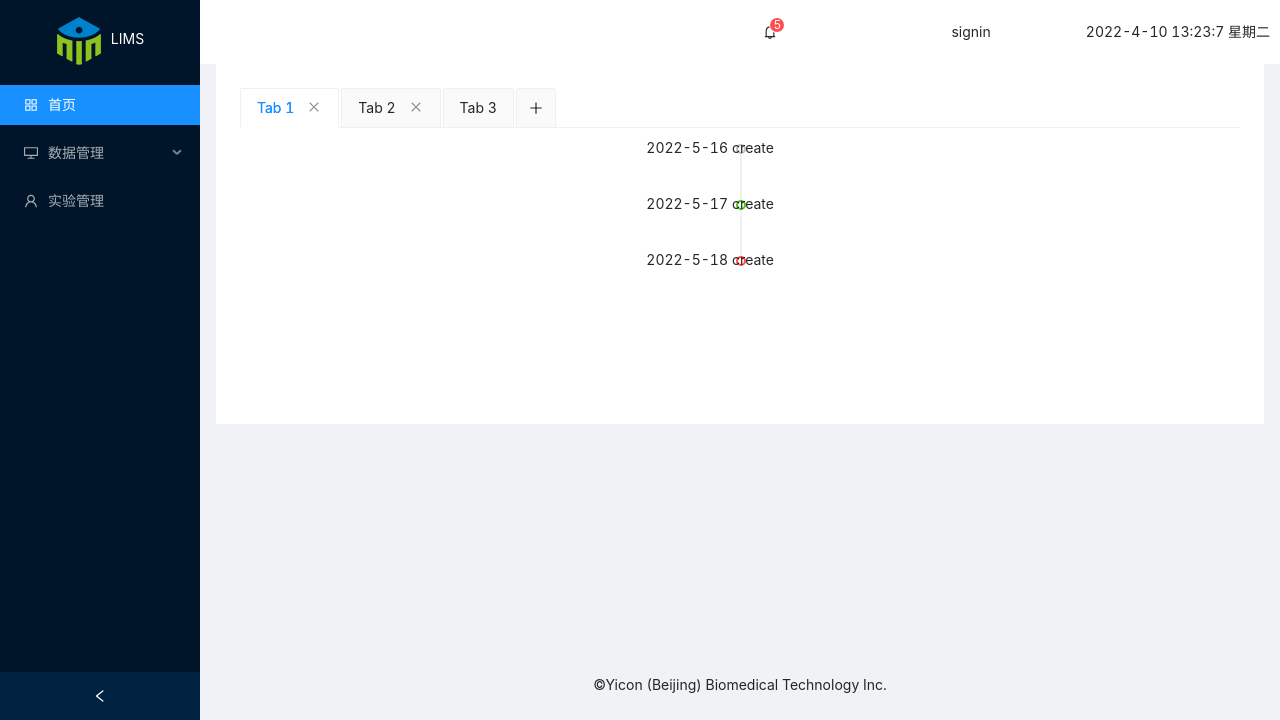
Repository: cornerdream/lims
Page: /experiment
The author's editor kept a copy of each file at every save. The page is drawn from the files as they stood at one save, then again after the next save.
The browser window is 1280 px wide. The pictures show the whole page.
The project was rebuilt for these pictures with package versions that can differ from the ones it lists, and the page was loaded fresh each time. Also part of the build but not shown: src/components/core/home.js, src/components/core/signin.js, src/components/core/moreOrder.js, src/components/core/moreSample.js, src/components/core/moreReport.js, src/components/core/moreProject.js, src/components/core/moreResources.js, src/components/views/data.js and 2 more.

Above is the page before, as saved 2022-05-18 14:31:09.

After the next save:
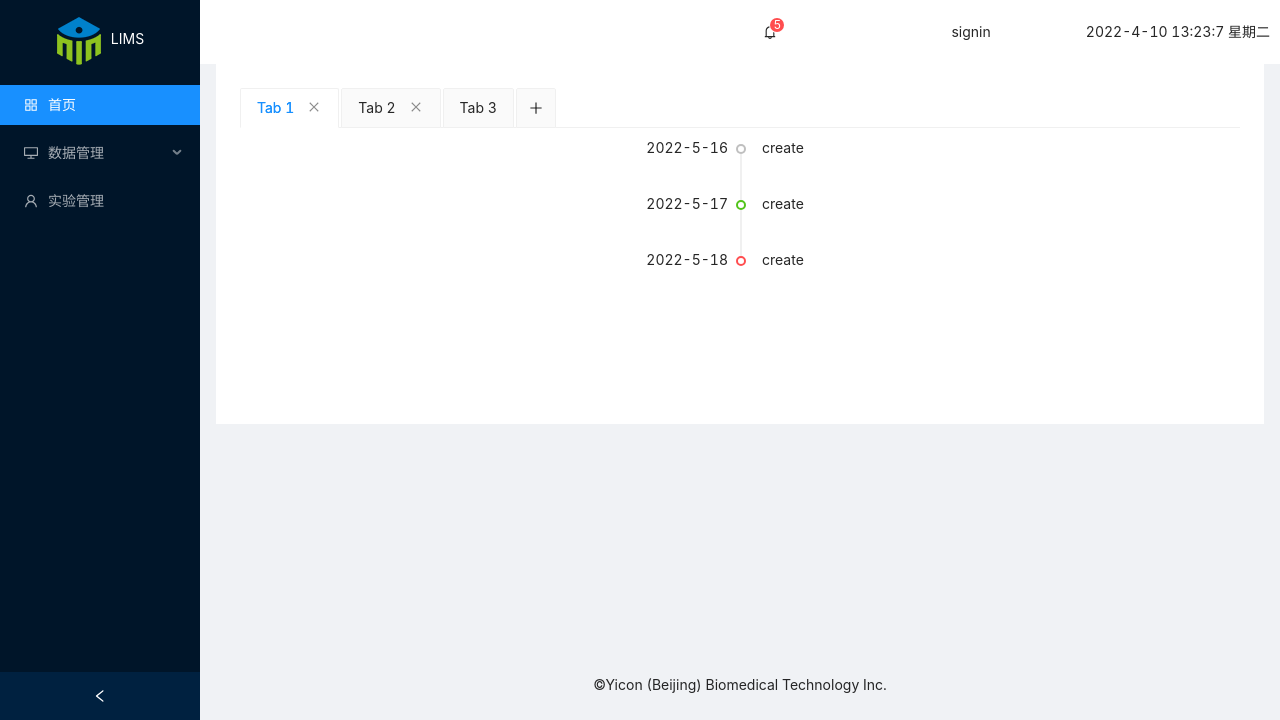
Saved 59 s later.
--- a/src/components/core/timeline.js
+++ b/src/components/core/timeline.js
@@ -6,6 +6,7 @@ class Time extends Component{
     constructor(){
         super()
         this.state={
+            mode:'left',
             data:[
                 {
                     label:'2022-5-16',
@@ -26,10 +27,10 @@ class Time extends Component{
         }
     }
     render(){
-        const {data} =this.state
+        const {mode,data} =this.state
         return (
             <>
-             <Timeline>
+             <Timeline mode={mode}>
                 {data.map(item=>{
                     return <Timeline.Item label={item.label} color={item.color} ><p>{item.title}</p></Timeline.Item>
                 })}
